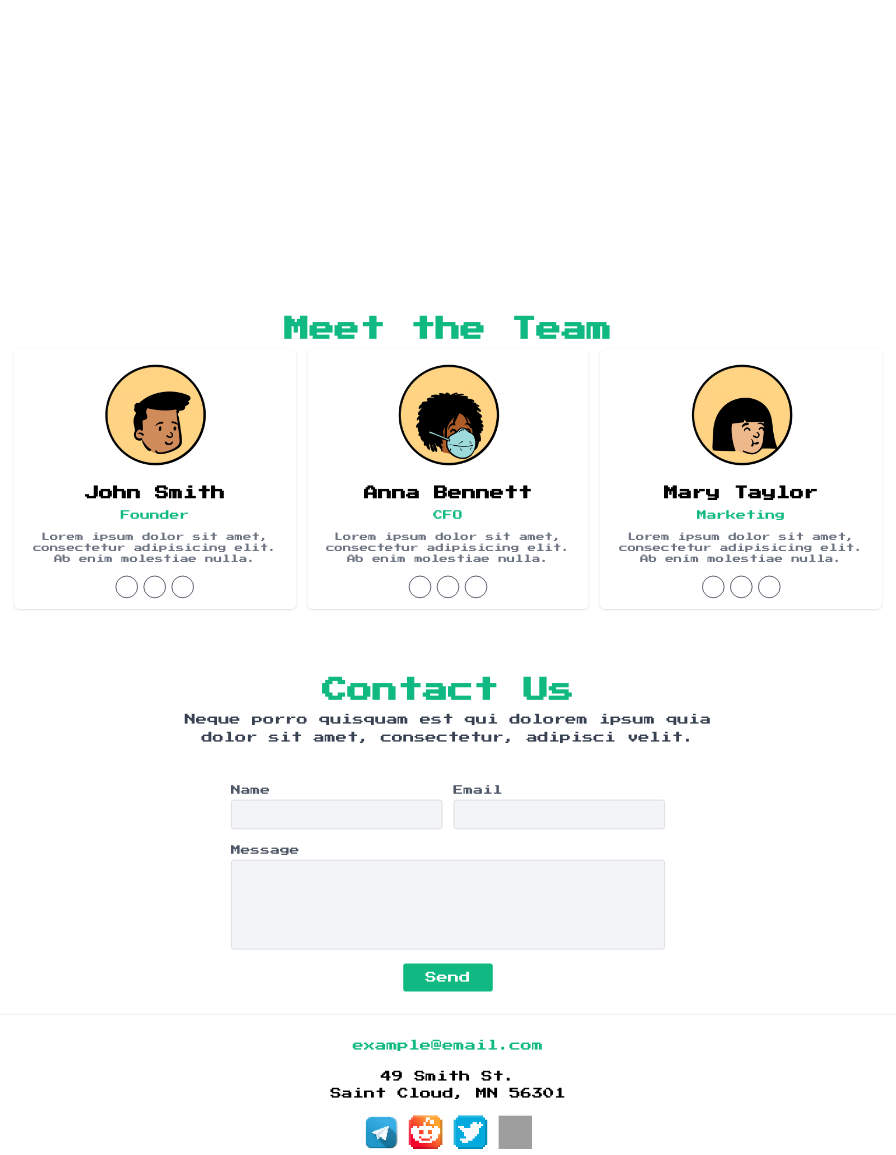
Repository: rhinorphan/phat-landing-page
Page: /
The author's editor kept a copy of each file at every save. The page is drawn from the files as they stood at one save, then again after the next save.
The browser window is 1280 px wide. The pictures show the part of the page from y = 2658 to 4578 px (the page is 4308 px tall before and 4578 px after), at 70% of full size.
Pictures or frames that could not be fetched are drawn as grey boxes. The project was rebuilt for these pictures with package versions that can differ from the ones it lists, and the page was loaded fresh each time. Also part of the build but not shown: craco.config.js.

Above is the page before, as saved 2021-11-17 22:55:26.

After the next save:
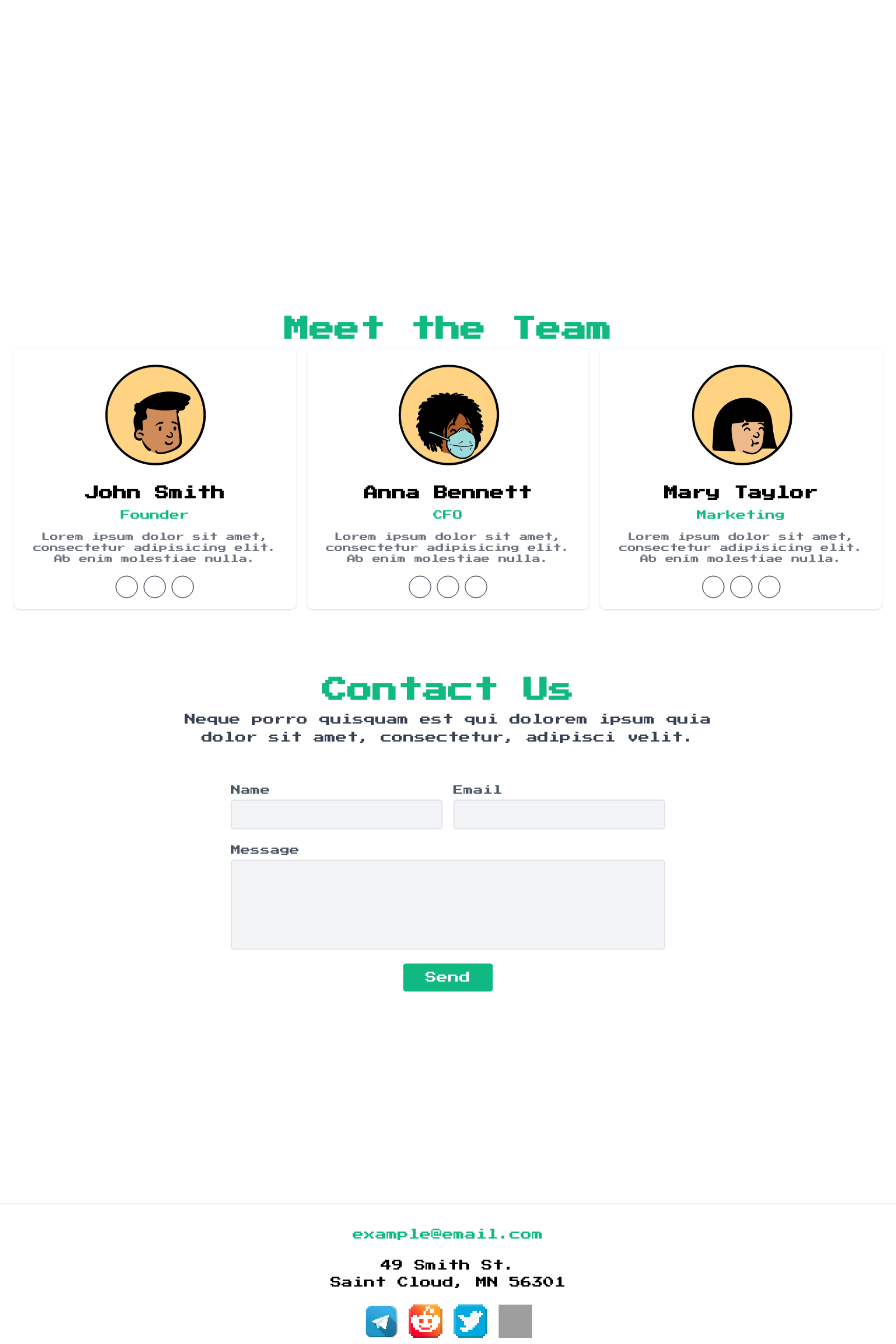
Saved 55 s later.
--- a/src/components/Contact.js
+++ b/src/components/Contact.js
@@ -5,7 +5,7 @@
 
   return (
     <section
-      className="text-gray-700 body-font h-100" name="contact">
+      className="text-gray-700 body-font h-screen" name="contact">
         <div className="container px-5 py-18 mx-auto">
           <div className="flex flex-col text-center w-full mb-12">
             <h1 className="flex text-4xl  font-bold mb-2 text-green-500 justify-center">

After the save that followed:
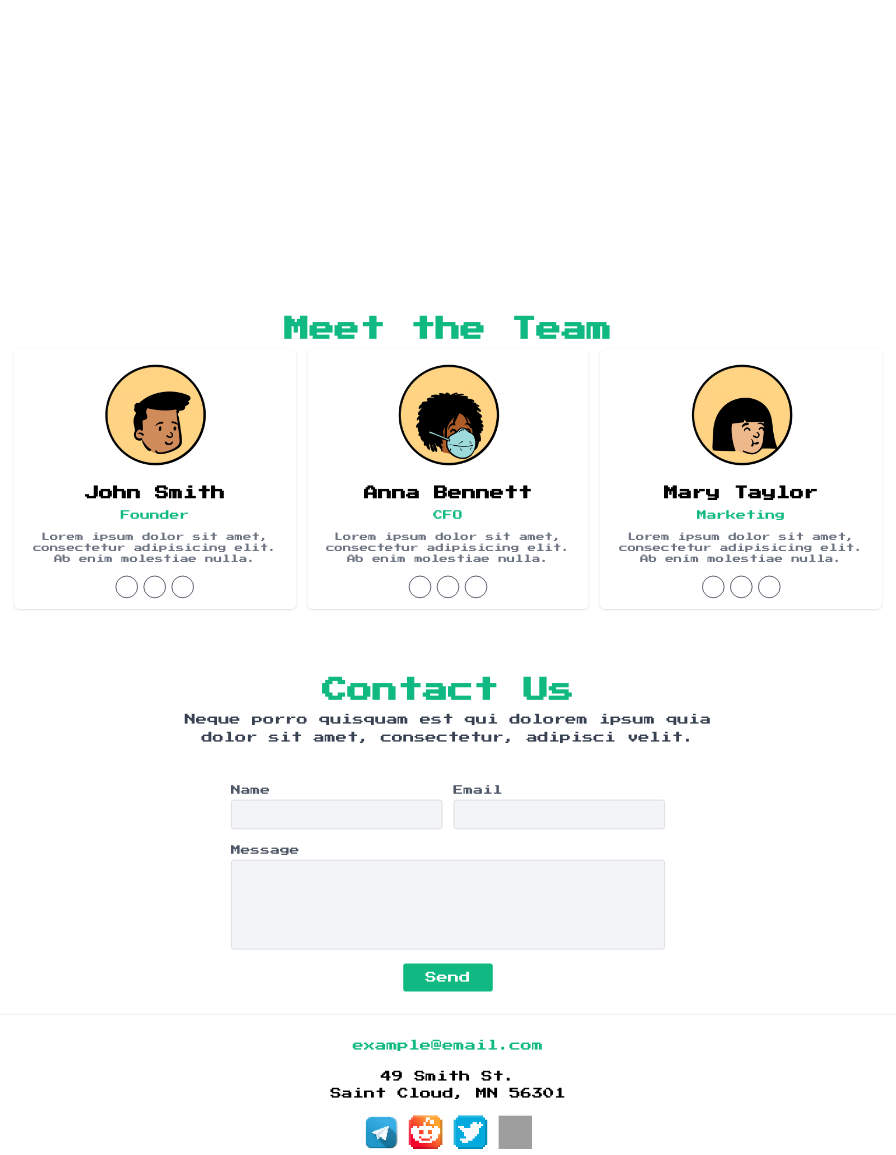
Saved 20 s later.
--- a/src/components/Contact.js
+++ b/src/components/Contact.js
@@ -5,7 +5,7 @@
 
   return (
     <section
-      className="text-gray-700 body-font h-screen" name="contact">
+      className="text-gray-700 body-font h-100" name="contact">
         <div className="container px-5 py-18 mx-auto">
           <div className="flex flex-col text-center w-full mb-12">
             <h1 className="flex text-4xl  font-bold mb-2 text-green-500 justify-center">
